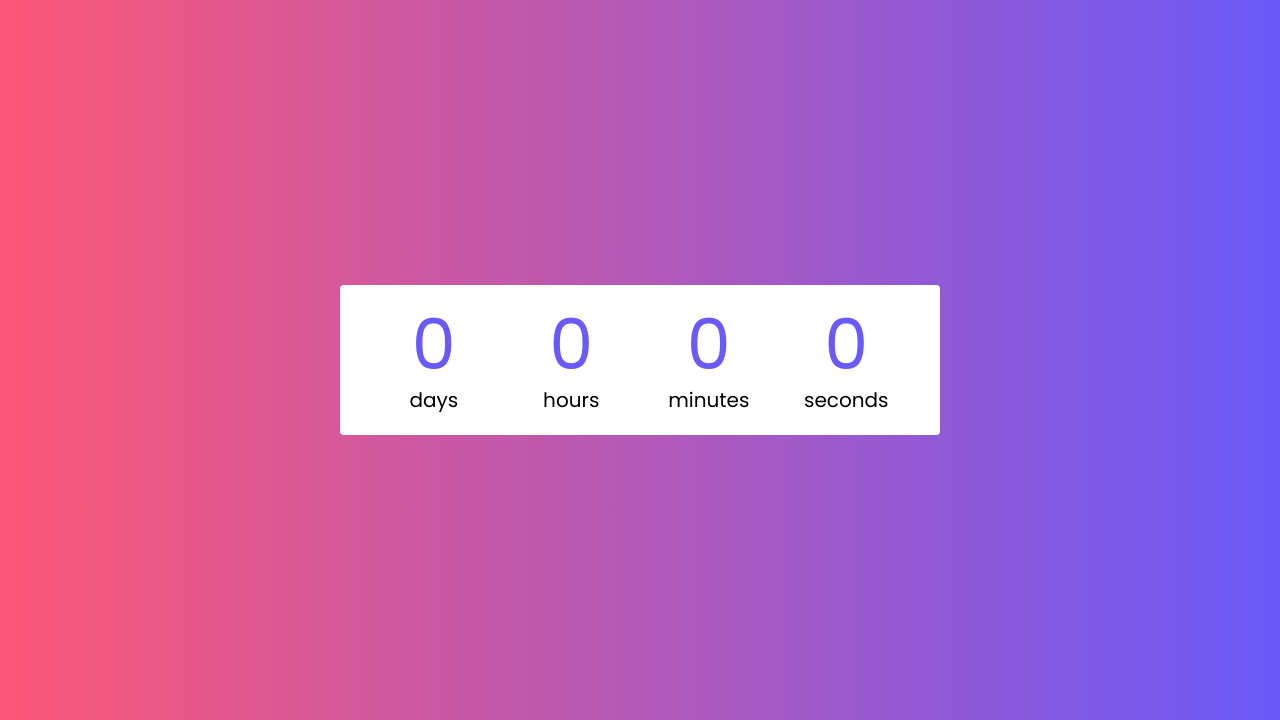
Repository: thuan711/All-about-JS
Page: countdown.html
An editor plug-in stored every save of this project. The page is shown before and after the next save, followed by the edit.
The browser window is 1280 px wide. The pictures show the whole page.

Above is the page before, as saved 2022-12-31 01:35:06.
Console error: TypeError: Assignment to constant variable.

### countdown.html
<!DOCTYPE html>
<html lang="en">
  <head>
    <meta charset="UTF-8" />
    <meta http-equiv="X-UA-Compatible" content="IE=edge" />
    <title>Countdown Timer</title>
    <link rel="preconnect" href="https://fonts.gstatic.com" />
    <link
      href="https://fonts.googleapis.com/css2?family=Poppins:wght@400;600&display=swap"
      rel="stylesheet"
    />
    <link
      rel="stylesheet"
      href="https://cdnjs.cloudflare.com/ajax/libs/font-awesome/4.7.0/css/font-awesome.min.css"
      integrity="sha512-SfTiTlX6kk+qitfevl/7LibUOeJWlt9rbyDn92a1DqWOw9vWG2MFoays0sgObmWazO5BQPiFucnnEAjpAB+/Sw=="
      crossorigin="anonymous"
    />
    <style>
        html {
            box-sizing: border-box;
            font-size: 62.5%;
          }
          * {
            margin: 0;
            padding: 0;
          }
          *,
          *:before,
          *:after {
            box-sizing: border-box;
          }
          input,
          textarea,
          select,
          button {
            outline: none;
          }
          input {
            line-height: normal;
          }
          label,
          button {
            cursor: pointer;
          }
          a {
            text-decoration: none;
          }
          img {
            display: block;
            max-width: 100%;
          }
          body {
            font-family: "Poppins", sans-serif;
            font-size: 16px;
            line-height: 1;
            background-image: linear-gradient(to right, #fc5776, #6a5af9);
            display: flex;
            justify-content: center;
            align-items: center;
            height: 100vh;
          }
          .countdown {
            display: flex;
            background-color: white;
            width: 100%;
            max-width: 600px;
            border-radius: 4px;
            padding: 25px;
          }
          .countdown li {
            text-align: center;
            width: 25%;
            display: flex;
            flex-direction: column;
            justify-content: center;
            padding: 0 20px;
          }
          .number,
          .text {
            line-height: 1;
          }
          .number {
            font-size: 70px;
            margin-bottom: 10px;
            color: #6a5af9;
          }
          .text {
            font-size: 20px;
            font-weight: 300;
          }
    </style>
  </head>
  <body>
    <ul class="countdown">
      <li>
        <span class="number days">0</span>
        <span class="text">days</span>
      </li>
      <li>
        <span class="number hours">0</span>
        <span class="text">hours</span>
      </li>
      <li>
        <span class="number minutes">0</span>
        <span class="text">minutes</span>
      </li>
      <li>
        <span class="number seconds">0</span>
        <span class="text">seconds</span>
      </li>
    </ul>
    <script src="event/countdown.js"></script>
  </body>
</html>

### event/countdown.js
window.addEventListener("load", function(){
    const daysText = document.querySelector(".days");
    const hoursText = document.querySelector(".hours");
    const minutesText = document.querySelector(".minutes");
    const secondsText = document.querySelector(".seconds");
    function countdown(date){
        const endDate = new Date(date).getTime();
        if(isNaN(endDate)) return;
        setInterval(calculate,1000);
        function calculate(){
            let days, hours, minutes, seconds;
            const now = new Date();
            const startDate = now.getTime();
            const timeRemaining = parseInt((endDate - startDate) / 1000);
            if(timeRemaining > 0){
                days = parseInt(timeRemaining / 86400);
                timeRemaining = timeRemaining % 86400;
                hours = parseInt(timeRemaining / 3600);
                timeRemaining = timeRemaining % 3600;
                minutes = parseInt(timeRemaining / 60);
                timeRemaining = timeRemaining % 60;
                seconds = parseInt(timeRemaining);
                daysText.textContent = days;
                hoursText.textContent = hours;
                minutesText.textContent = minutes;
                secondsText.textContent = `0{seconds}`.slice(-2);
            } else {
                return;
            }
        }
    }
    countdown("Mon Jan 02 2023 20:20:20 GMT+0700 (Indochina Time");
});

After the next save:
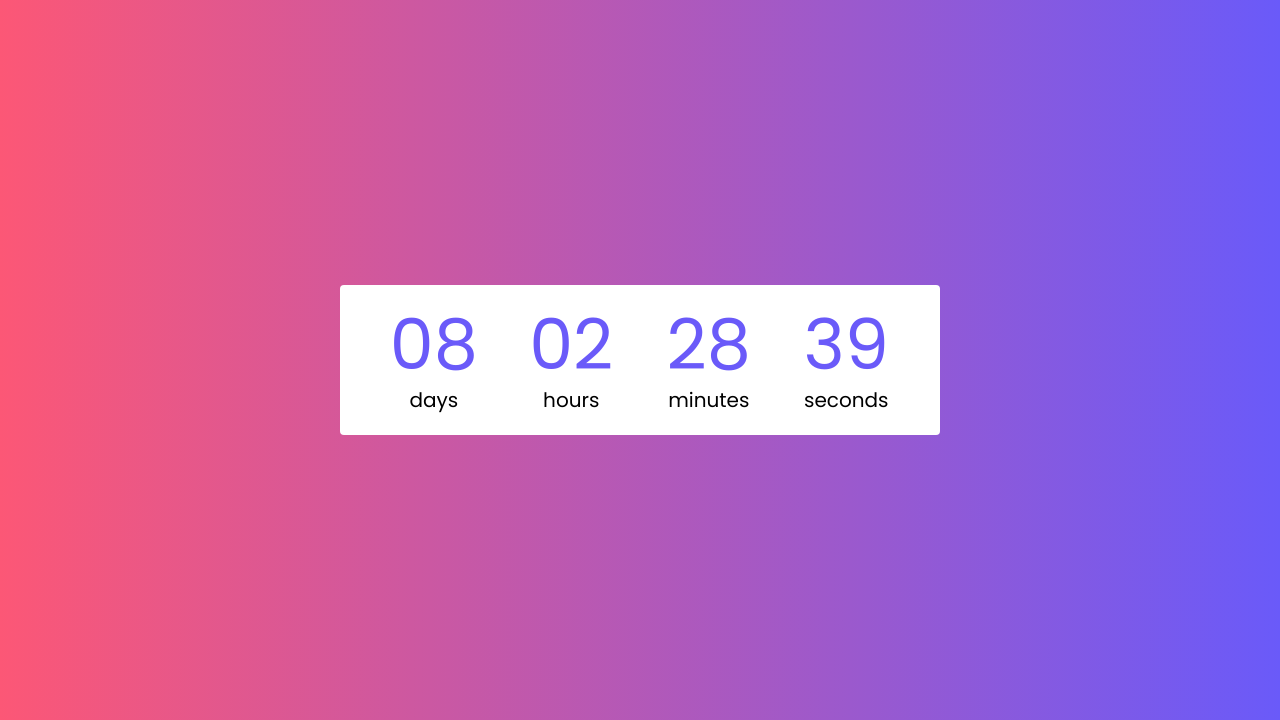
The error is gone.
Saved 90 s later.
--- a/event/countdown.js
+++ b/event/countdown.js
@@ -7,27 +7,27 @@ window.addEventListener("load", function(){
         const endDate = new Date(date).getTime();
         if(isNaN(endDate)) return;
         setInterval(calculate,1000);
-        function calculate(){
+        function calculate() {
             let days, hours, minutes, seconds;
             const now = new Date();
             const startDate = now.getTime();
-            const timeRemaining = parseInt((endDate - startDate) / 1000);
-            if(timeRemaining > 0){
-                days = parseInt(timeRemaining / 86400);
-                timeRemaining = timeRemaining % 86400;
-                hours = parseInt(timeRemaining / 3600);
-                timeRemaining = timeRemaining % 3600;
-                minutes = parseInt(timeRemaining / 60);
-                timeRemaining = timeRemaining % 60;
-                seconds = parseInt(timeRemaining);
-                daysText.textContent = days;
-                hoursText.textContent = hours;
-                minutesText.textContent = minutes;
-                secondsText.textContent = `0{seconds}`.slice(-2);
+            let timeRemaining = parseInt((endDate - startDate) / 1000);
+            if (timeRemaining > 0) {
+              days = parseInt(timeRemaining / 86400);
+              timeRemaining = timeRemaining % 86400;
+              hours = parseInt(timeRemaining / 3600);
+              timeRemaining = timeRemaining % 3600;
+              minutes = parseInt(timeRemaining / 60);
+              timeRemaining = timeRemaining % 60;
+              seconds = parseInt(timeRemaining);
+              daysText.textContent = `0${days}`.slice(-2);
+              hoursText.textContent = `0${hours}`.slice(-2);
+              minutesText.textContent = `0${minutes}`.slice(-2);
+              secondsText.textContent = `0${seconds}`.slice(-2);
             } else {
-                return;
+              return;
             }
-        }
+          }
     }
     countdown("Mon Jan 02 2023 20:20:20 GMT+0700 (Indochina Time");
 });
